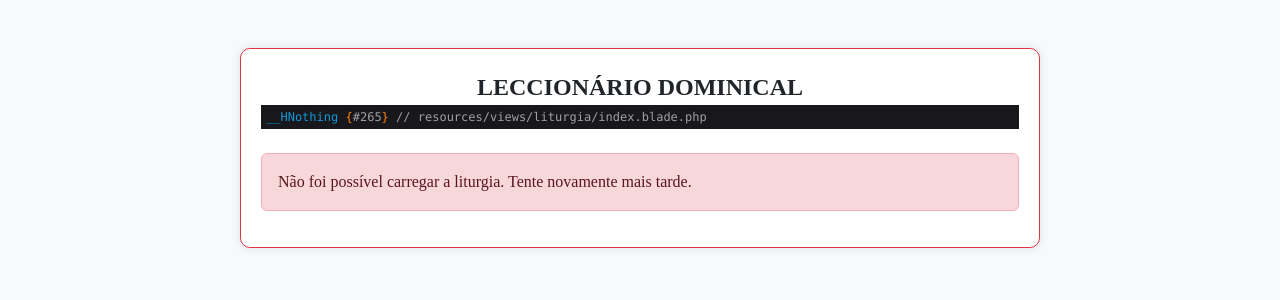
Repository: matheus0810/liturgia-diaria
Page: resources/views/liturgia/index.blade.php
The author's editor kept a copy of each file at every save. The page is drawn from the files as they stood at one save, then again after the next save.
The browser window is 1280 px wide. The pictures show the whole page.
The page is served by the project's Laravel application, run on PHP 8.4 with Laravel 12. Other server files are loaded and not shown. The template is opened directly, without the code that normally fills it, so the values that code supplies are empty.

Above is the page before, as saved 2025-02-21 15:25:58.

### routes/web.php
<?php

use Illuminate\Support\Facades\Route;
use App\Http\Controllers\LiturgiaController;

Route::get('/', [LiturgiaController::class, 'index'])->name('liturgia');

### resources/views/liturgia/index.blade.php
<!DOCTYPE html>
<html lang="pt">
<head>
    <meta charset="UTF-8">
    <meta name="viewport" content="width=device-width, initial-scale=1.0">
    <title>Leccionário Dominical</title>
    <link href="https://cdn.jsdelivr.net/npm/bootstrap@5.3.0/dist/css/bootstrap.min.css" rel="stylesheet">
    <style>
        body {
            font-family: "Times New Roman", serif;
            background-color: #f8f9fa;
        }
        .container {
            max-width: 800px;
            background: white;
            padding: 20px;
            border-radius: 10px;
            box-shadow: 0px 0px 10px rgba(0, 0, 0, 0.1);
        }
        .title {
            font-size: 24px;
            font-weight: bold;
            text-transform: uppercase;
            text-align: center;
        }
        .section-title {
            font-size: 20px;
            font-weight: bold;
            margin-top: 20px;
            border-bottom: 2px solid #000;
            padding-bottom: 5px;
        }
        .reading {
            font-style: italic;
            font-size: 18px;
        }
        .reading-text {
            margin-top: 10px;
            font-size: 16px;
            text-align: justify;
        }
    </style>
</head>
<body>
    <div class="container mt-5 border border-danger">
        <div class="title">Leccionário Dominical</div>

        @dump($liturgia)

        @if ($liturgia)
            <div class="text-center mt-3">
                <h2 class="text-danger" >{{ $liturgia['liturgia'] }}</h2>
                <p><strong>Data:</strong> {{ $liturgia['data'] }}</p>
                <p><strong>Cor Litúrgica:</strong> <span style="color: {{ $liturgia['cor'] }}; font-weight: bold;">{{ $liturgia['cor'] }}</span></p>
            </div>

            <div class="section-title">Primeira Leitura</div>
            <p class="reading">{{ $liturgia['primeiraLeitura']['referencia'] }}</p>
            <p class="reading-text">{{ $liturgia['primeiraLeitura']['texto'] }}</p>

            @if(!empty($liturgia['segundaLeitura']['referencia']) && $liturgia['segundaLeitura']['texto'] !== "Não há segunda leitura hoje!")
                <div class="section-title">Segunda Leitura</div>
                <p class="reading">{{ $liturgia['segundaLeitura']['referencia'] }}</p>
                <p class="reading-text">{{ $liturgia['segundaLeitura']['texto'] }}</p>
            @endif

            <div class="section-title">Salmo</div>
            <p class="reading">{{ $liturgia['salmo']['referencia'] }}</p>
            <p class="reading-text">{{ $liturgia['salmo']['texto'] }}</p>

            <div class="section-title">Evangelho</div>
            <p class="reading">{{ $liturgia['evangelho']['referencia'] }}</p>
            <p class="reading-text">{{ $liturgia['evangelho']['texto'] }}</p>
        @else
            <div class="alert alert-danger mt-4">
                Não foi possível carregar a liturgia. Tente novamente mais tarde.
            </div>
        @endif
    </div>
</body>
</html>

After the next save:
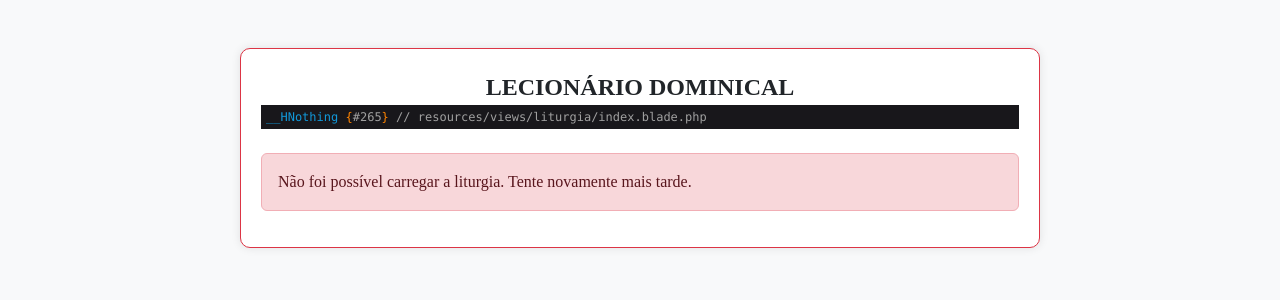
Saved 14 s later.
--- a/resources/views/liturgia/index.blade.php
+++ b/resources/views/liturgia/index.blade.php
@@ -43,7 +43,7 @@
 </head>
 <body>
     <div class="container mt-5 border border-danger">
-        <div class="title">Leccionário Dominical</div>
+        <div class="title">Lecionário Dominical</div>
 
         @dump($liturgia)
 
